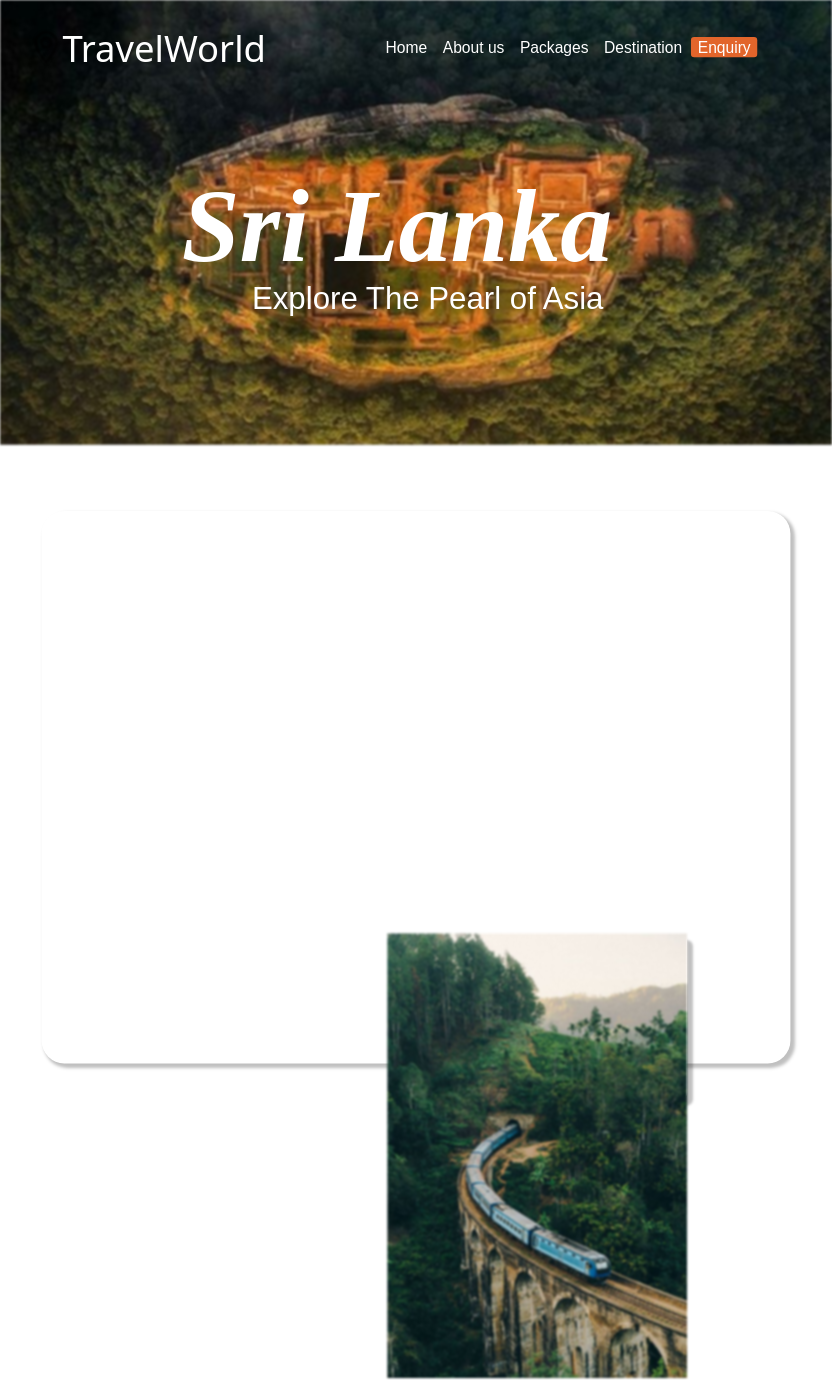
Repository: Haakim19/TavelWorld
Page: HTML/Home.html
These files come from the project's save history. The page is drawn as it stood at one moment and after the next save; the edit follows.
The browser window is 1280 px wide. The pictures show the whole page, at 65% of full size.
Some web fonts or font styles are not loaded; a fallback is used.

Above is the page before, as saved 2024-11-02 11:59:50.

After the next save:
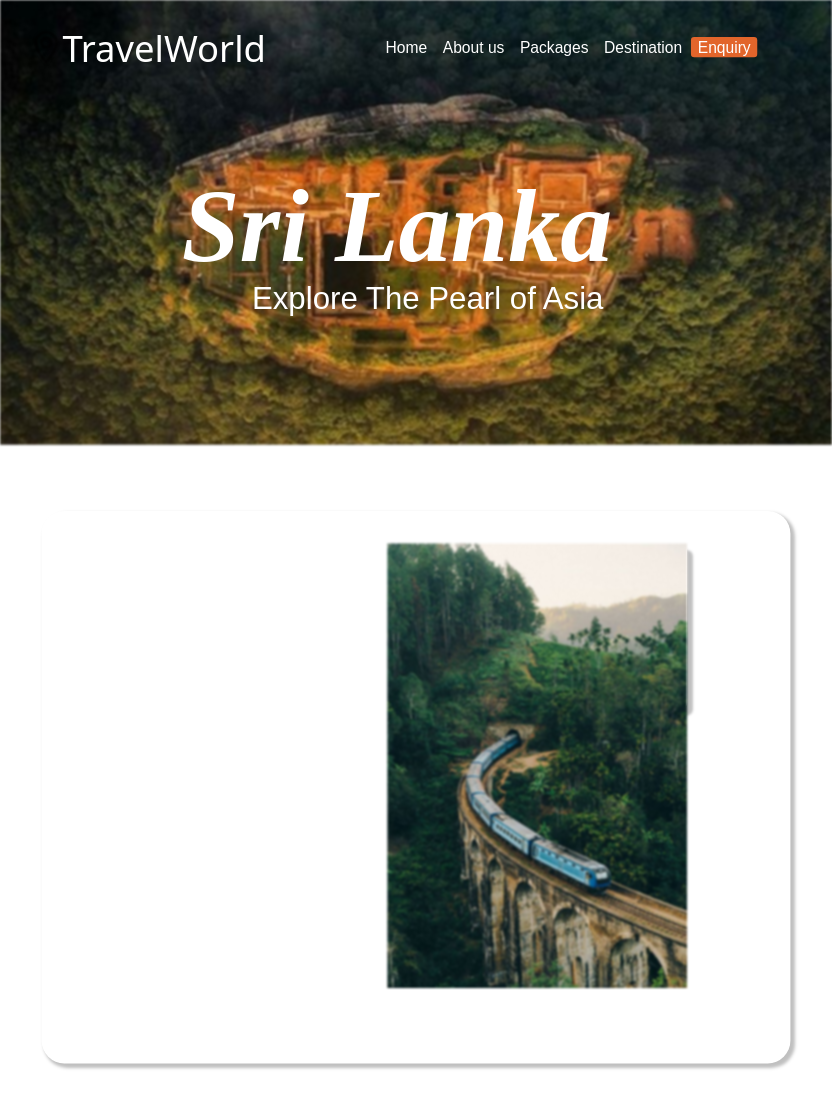
Saved 42 s later.
--- a/CSS/home.css
+++ b/CSS/home.css
@@ -125,7 +125,7 @@ section {
     width: 40%;
     height: 30%;
     left: 532px;
-    top: 650px;
+    top: 50px;
     box-shadow: 9px 10px 4px rgba(0, 0, 0, 0.25);
     border-radius: 10px;
 }
